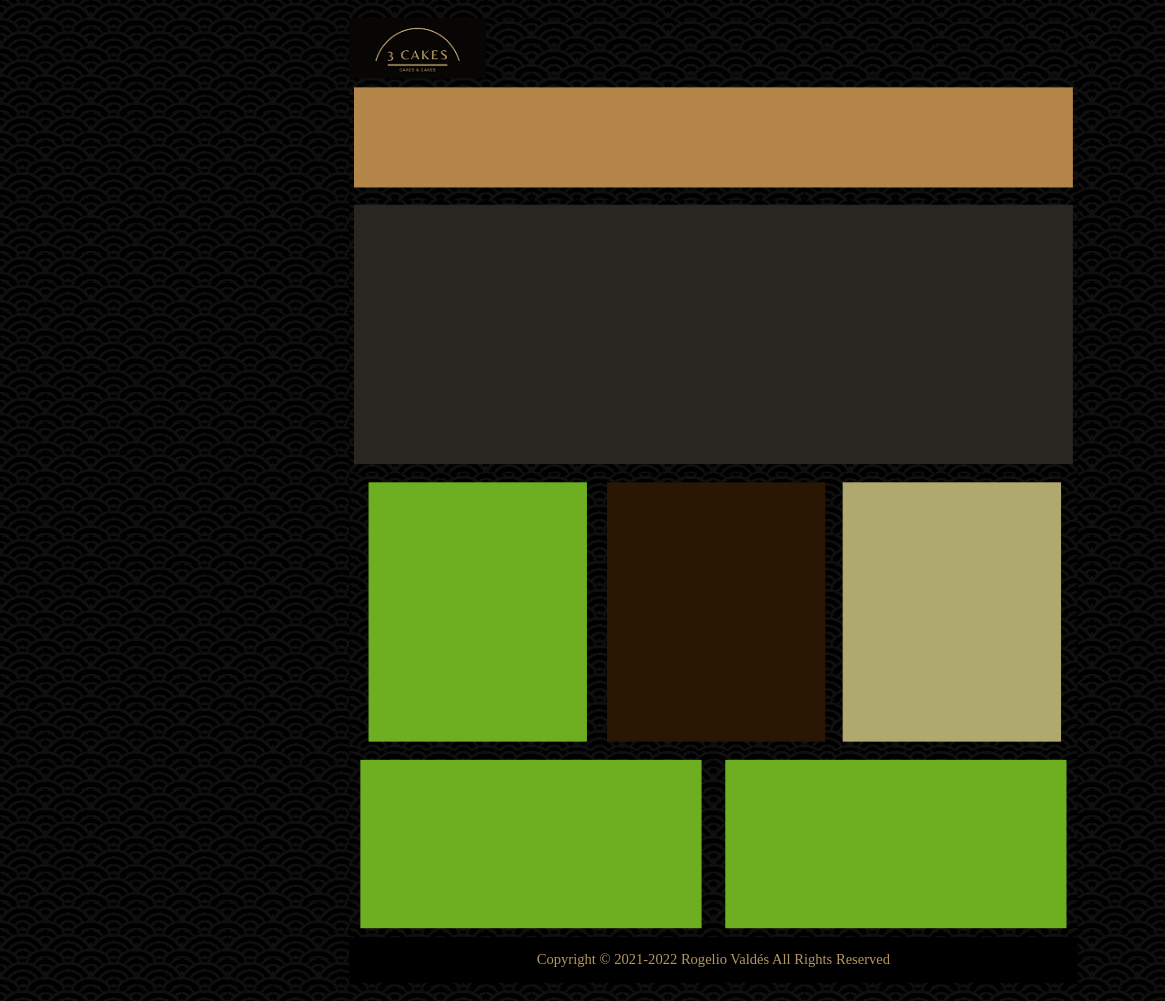
Repository: roge64/htmlfrontend
Page: index.html
The author's editor kept a copy of each file at every save. The page is drawn from the files as they stood at one save, then again after the next save.
The browser window is 1280 px wide. The pictures show the whole page, at 91% of full size.

Above is the page before, as saved 2022-03-02 18:22:32.

After the next save:
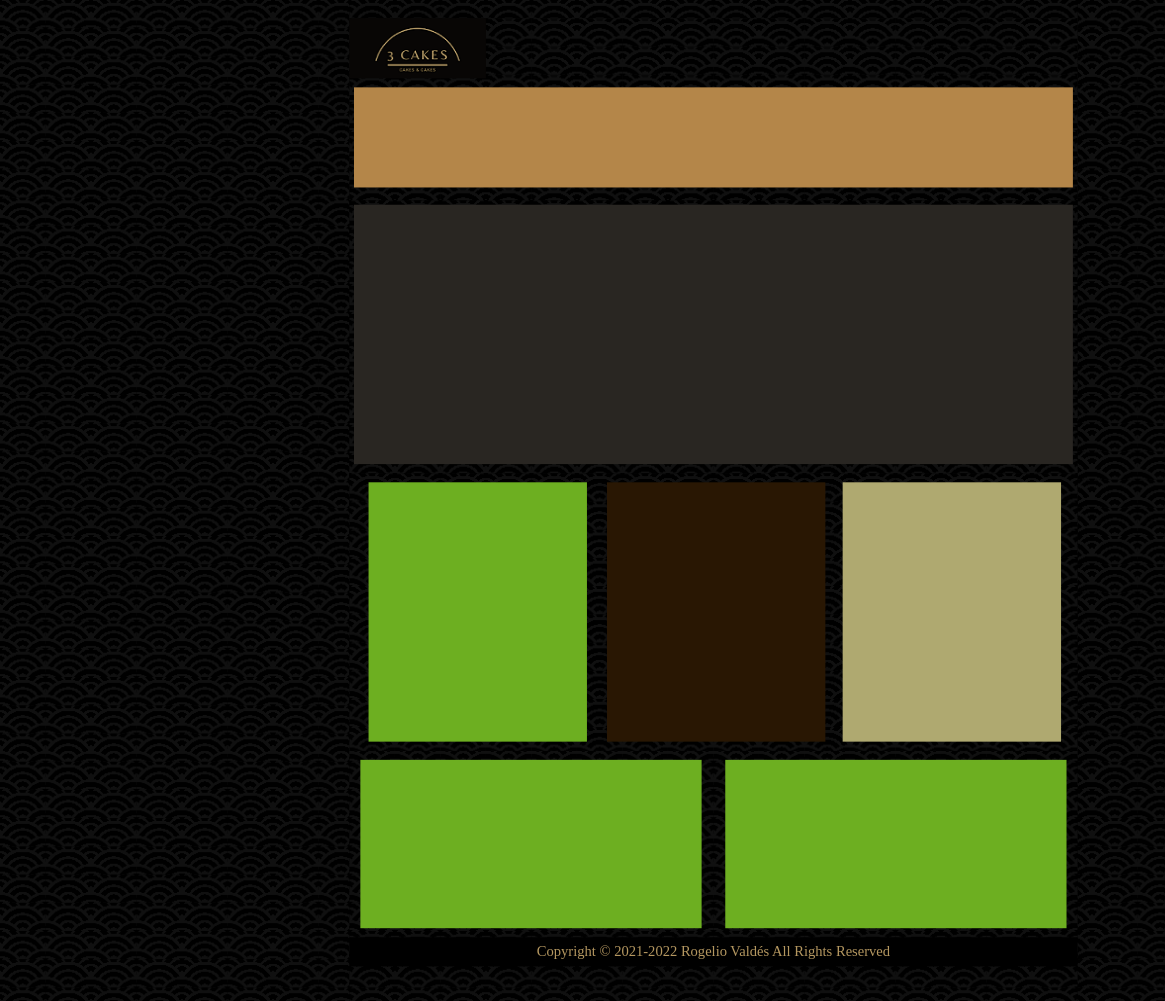
Saved 29 s later.
--- a/estilos/estilos.css
+++ b/estilos/estilos.css
@@ -85,8 +85,8 @@ footer{
     width: 800px;
     background-color:rgb(0, 0, 0);
     text-align: center;
-    height: 35px;
-    padding-top: 15px;
+    height: 25px;
+    padding-top: 7px;
 
 }
 
